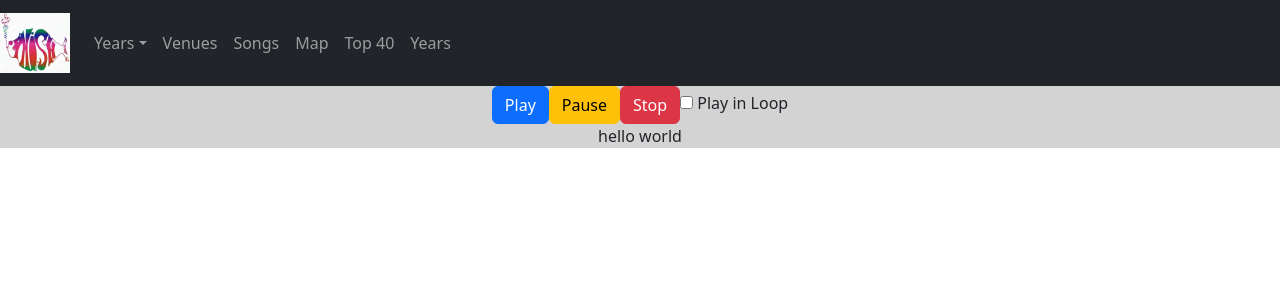
Repository: Jcparks84/gonePhishin
Page: / (app in my-app/)
The author's editor kept a copy of each file at every save. The page is drawn from the files as they stood at one save, then again after a run of saves.
The browser window is 1280 px wide. The pictures show the whole page.
The page's requests for data from a server got no answer. The project was rebuilt for these pictures with package versions that can differ from the ones it lists, and the page was loaded fresh each time. No one was signed in, and anything a server would have sent is missing. Also part of the build but not shown: my-app/src/components/requests/requests.jsx.

Above is the page before, as saved 2022-08-16 17:56:24.

### my-app/src/App.js
import './App.css';
import AudioPlayer from './components/audioPlayer/audioPlayer';
import Navbar from './components/navbar/navBar'
import Requests from './components/requests/requests';
import YearPage from './pages/yearPage/yearPage';
import { Routes, Route } from "react-router-dom";



function App() {
  const apiKey = process.env.REACT_APP_API_KEY


  return (
    <div className="App">
      <div>
      <Navbar fixed="top" />
      </div>
      <div>
        <AudioPlayer/>
      </div>
      <div>
        <YearPage/>
      </div>

    </div>

  );
}

export default App;

### my-app/src/App.css
.App {
  text-align: center;
  background-color: #d3d3d3;
}

.App-logo {
  height: 40vmin;
  pointer-events: none;
}

@media (prefers-reduced-motion: no-preference) {
  .App-logo {
    animation: App-logo-spin infinite 20s linear;
  }
}

.App-header {
  background-color: #282c34;
  min-height: 100vh;
  display: flex;
  flex-direction: column;
  align-items: center;
  justify-content: center;
  font-size: calc(10px + 2vmin);
  color: white;
}

.App-link {
  color: #61dafb;
}

@keyframes App-logo-spin {
  from {
    transform: rotate(0deg);
  }
  to {
    transform: rotate(360deg);
  }
}

### my-app/src/components/audioPlayer/audioPlayer.js

import React, { useEffect, useState } from 'react';

function AudioPlayer(props) {

  const randomShow = props.randomShow

  // use Audio constructor to create HTMLAudioElement
  const audioTune = new Audio(randomShow);

  // variable to play audio in loop
  const [playInLoop, setPlayInLoop] = useState(false);

  // load audio file on component load
  useEffect(() => {
    audioTune.load();
  }, [])

  // set the loop of audio tune
  useEffect(() => {
    audioTune.loop = playInLoop;
  }, [playInLoop])

  // play audio sound
  const playSound = () => {
    audioTune.play();
  }

  // pause audio sound
  const pauseSound = () => {
    audioTune.pause();
  }

  // stop audio sound
  const stopSound = () => {
    audioTune.pause();
    audioTune.currentTime = 0;
  }

  return (
    <div className="AudioPlayer">
      <input type="button" className="btn btn-primary mr-2" value="Play" onClick={playSound}></input>
      <input type="button" className="btn btn-warning mr-2" value="Pause" onClick={pauseSound}></input>
      <input type="button" className="btn btn-danger mr-2" value="Stop" onClick={stopSound}></input>

      <label><input type="checkbox" checked={playInLoop} onChange={e => setPlayInLoop(e.target.checked)} /> Play in Loop</label>
    </div>
  );
}

export default AudioPlayer;

### my-app/src/components/navbar/navBar.js
import logo from '../images/phish.png'
import './navBar.css';
import 'bootstrap/dist/css/bootstrap.css'
import { Nav, Navbar, NavDropdown } from 'react-bootstrap'
import AudioPlayer from '../audioPlayer/audioPlayer';
import YearPage from '../../pages/yearPage/yearPage';



function NavBar() {
  return (
    <div className="navBar">
      <Navbar bg="dark" variant="dark"
        sticky="top" expand="sm" collapseOnSelect>
        <Navbar.Brand>
          <img src={logo} width="70px" height="60px" />{' '}
        </Navbar.Brand>

        <Navbar.Toggle className="coloring" />
        <Navbar.Collapse>
          <Nav>
            <NavDropdown title="Years">
              <NavDropdown.Item href="#years/2021">2021</NavDropdown.Item>
              <NavDropdown.Item href="#years/2020">2020</NavDropdown.Item>
              <NavDropdown.Item href="#years/2019">2019</NavDropdown.Item>
            </NavDropdown>
            <Nav.Link href="#Venues">Venues</Nav.Link>
            <Nav.Link href="#contact-us">Songs</Nav.Link>
            <Nav.Link href="#contact-us">Map</Nav.Link>
            <Nav.Link href="#contact-us">Top 40</Nav.Link>
            <Nav.Link path="#years">{YearPage}Years</Nav.Link>

          </Nav>
        </Navbar.Collapse>

      </Navbar>
    </div>
  );
}


export default NavBar;

### my-app/src/pages/yearPage/yearPage.js
import React from 'react'


function YearPage(){
    return(
        <div>
            hello world
        </div>
    )
}

export default YearPage;

### my-app/src/components/navbar/navBar.css
.bg-myRed{
    background-color: crimson;
  }

  .content{
    padding: 12px;
    height: 3000px;
  }

  .coloring{
    color: black;
  }

  nav.link {
    align-items: center;
  }

Loaded but not shown: my-app/public/index.html (common file); my-app/src/index.js (common file); my-app/src/index.css (common file); my-app/src/reportWebVitals.js (common file)

After the next 3 saves:
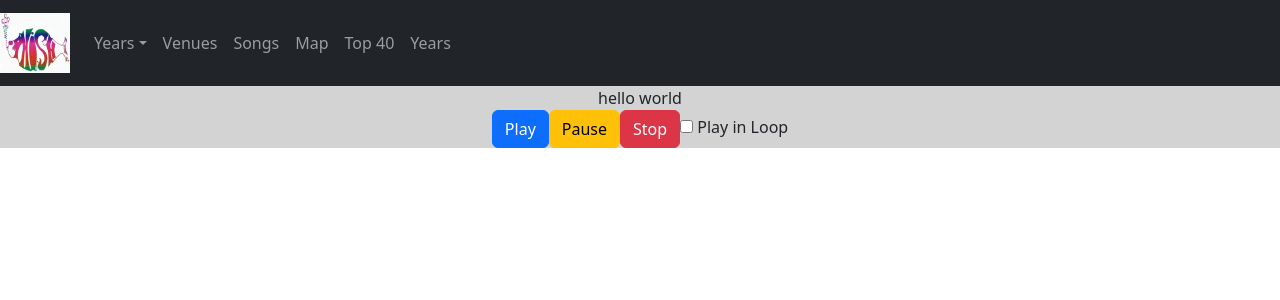
The 3 saves are shown as one change because they came seconds apart.
The last was saved 18 s later.
--- a/my-app/src/App.js
+++ b/my-app/src/App.js
@@ -17,10 +17,10 @@ function App() {
       <Navbar fixed="top" />
       </div>
       <div>
-        <AudioPlayer/>
+        <YearPage/>
       </div>
       <div>
-        <YearPage/>
+        <AudioPlayer/>
       </div>
 
     </div>
